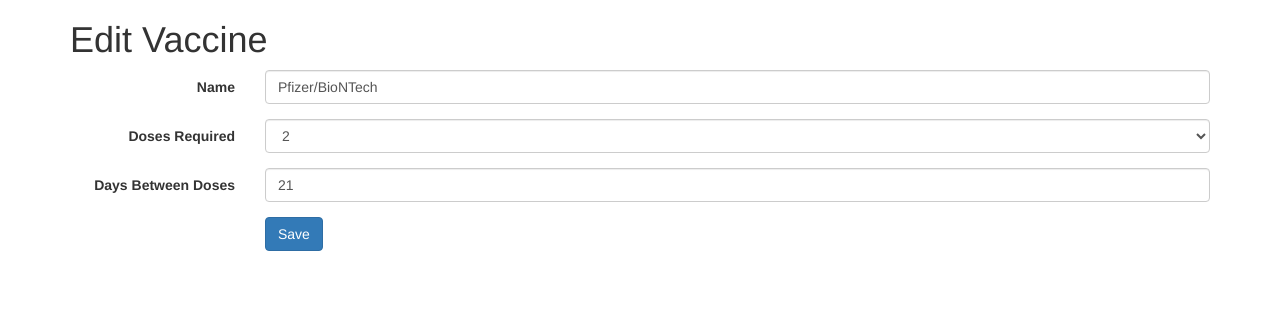
Repository: Thangtran1100/School-Stuff
Page: http://localhost/lab9/EditVaccine?id=1
An editor plug-in stored every save of this project. The page is shown before and after the next save, followed by the edit.
The browser window is 1280 px wide. The pictures show the whole page.
Some web libraries are served in a nearby version. The page is served by Tomcat 9. Other server files are loaded and not shown.

Above is the page before, as saved 2023-03-27 21:46:54.

### Spring 2023/CS3220/Assignments/3220-Lab9-App/lab9/src/main/webapp/EditVaccine.jsp
<%@ page language="java" contentType="text/html; charset=UTF-8"
    pageEncoding="UTF-8"%>
<%@ taglib prefix="c" uri="http://java.sun.com/jsp/jstl/core"%>
<!DOCTYPE html>
<html lang="en">
<head>
    <meta charset="UTF-8">
    <title>Edit Vaccine</title>
    <link rel="stylesheet" href="https://maxcdn.bootstrapcdn.com/bootstrap/3.3.7/css/bootstrap.min.css">
</head>
<body>
    <div class="container">
        <h1>Edit Vaccine</h1>
        <form action="EditVaccine" method="post" class="form-horizontal">
            <input type="hidden" name="id" value="${vaccineEntry.id}">

            <div class="form-group">
                <label for="name" class="col-sm-2 text-md-start control-label">Name</label>
                <div class="col-sm-10">
                    <input type="text" name="name" class="form-control" value="${vaccineEntry.vaccine}">
                </div>
            </div>

            <div class="form-group">
                <label for="dose" class="col-sm-2 control-label">Doses Required</label>
                <div class="col-sm-10">
                    <select name="dose" class="form-control">
                        <c:forEach begin="1" end="2" var="index">
                            <c:choose>
                                <c:when test="${index == vaccineEntry.doseRequired}">
                                    <option value="${index}" selected>${index}</option>
                                </c:when>
                                <c:otherwise>
                                    <option value="${index}">${index}</option>
                                </c:otherwise>
                            </c:choose>
                        </c:forEach>
                    </select>
                </div>
            </div>
            <div class="form-group">
                <label for="days" class="col-sm-2 control-label">Days Between Doses</label>
                <div class="col-sm-10">
                    <input type="text" name="days" class="form-control" value="${vaccineEntry.daysBetweenDose}">
                </div>
            </div>
            <div class="form-group">
                <div class="col-sm-offset-2 col-sm-10">
                    <button type="submit" class="btn btn-primary">Save</button>
                </div>
            </div>
        </form>
    </div>
    <!-- Bootstrap JS -->
    <script src="https://ajax.googleapis.com/ajax/libs/jquery/3.2.1/jquery.min.js"></script>
    <script src="https://maxcdn.bootstrapcdn.com/bootstrap/3.3.7/js/bootstrap.min.js"></script>
</body>
</html>

### Spring 2023/CS3220/Assignments/3220-Lab9-App/lab9/src/main/java/lab9/servlet/EditVaccine.java
package lab9.servlet;

import java.io.IOException;
import java.io.PrintWriter;
import java.util.List;

import javax.servlet.ServletException;
import javax.servlet.annotation.WebServlet;
import javax.servlet.http.HttpServlet;
import javax.servlet.http.HttpServletRequest;
import javax.servlet.http.HttpServletResponse;

import model.VaccineEntry;
import utilities.ServletUtilities;

/**
 * Servlet implementation class EditVaccine
 */
@WebServlet("/EditVaccine")
public class EditVaccine extends HttpServlet {
	private static final long serialVersionUID = 1L;

    /**
     * @see HttpServlet#HttpServlet()
     */
    public EditVaccine() {
        super();
        // TODO Auto-generated constructor stub
    }

	/**
	 * @see HttpServlet#doGet(HttpServletRequest request, HttpServletResponse response)
	 */
	protected void doGet(HttpServletRequest request, HttpServletResponse response) throws ServletException, IOException {
		// TODO Auto-generated method stub

		List<VaccineEntry> entries = ServletUtilities.getVaccineEntresFromServletContext(getServletContext());

		int vaccineId = Integer.parseInt(request.getParameter("id"));

		VaccineEntry vaccineEntry = null;

		for(VaccineEntry entry : entries)
		{
			if(entry.getId() == vaccineId)
			{
				vaccineEntry = entry;
				break;
			}
		}

		request.setAttribute("vaccineEntry", vaccineEntry);
		request.getRequestDispatcher("EditVaccine.jsp").forward(request, response);

	}

	/**
	 * @see HttpServlet#doPost(HttpServletRequest request, HttpServletResponse response)
	 */
	protected void doPost(HttpServletRequest request, HttpServletResponse response) throws ServletException, IOException {
		// TODO Auto-generated method stub


		String vaccine = request.getParameter( "name" );
        String doses = request.getParameter( "dose" );
        String days = request.getParameter( "days" );

        List<VaccineEntry> entries = ServletUtilities.getVaccineEntresFromServletContext(getServletContext());


        for( VaccineEntry entry : entries )
        {
        	if(vaccine.equals(entry.getVaccine()))
        	{
        		entry.setDoseRequired(doses);
        		entry.setDaysBetweenDose(days);
        	}
        }


        response.sendRedirect( "ListVaccine" );

	}

}

### Spring 2023/CS3220/Assignments/3220-Lab9-App/lab9/src/main/java/utilities/ServletUtilities.java
package utilities;

import java.util.ArrayList;
import java.util.List;

import javax.servlet.ServletContext;

import model.VaccineEntry;

public class ServletUtilities {

	public static final String VaccineEntresKey = "entries";
	public static final String DOCTYPE =
			"<!DOCTYPE HTML>";

	public static String headWithTitle(String title) {
		return(
				DOCTYPE + "\n" +
						"<HTML>\n" +
						"<HEAD><TITLE>" + title + "</TITLE></HEAD>\n");
	}

	public static String titleWithBody(String title, String body) {
		return (headWithTitle(title) + "<BODY>" + body + "</BODY>\n" + "</HTML>\n");
	}

	public static int getInt(String str){
		try {
			int val = str == null || str.trim().length() == 0 ? 0
		            : Integer.parseInt( str );
			return val;
		}catch(Exception ex) { }
		return 0;
   }

	public static VaccineEntry getEntry(List<VaccineEntry> entries, int id){
		VaccineEntry entry = null;
		for( var e : entries )
            if( e.getId() == id )
            {
                entry = e;
                break;
            }
		return entry;
   }

	public static List<VaccineEntry> getVaccineEntresFromServletContext(ServletContext context){
		var obj = context.getAttribute( VaccineEntresKey );
		if (obj == null) return new ArrayList<VaccineEntry>();
		try {
			return (List<VaccineEntry>) obj;
		}catch(Exception ex) { return new ArrayList<VaccineEntry>(); }
   }

}

After the next save:
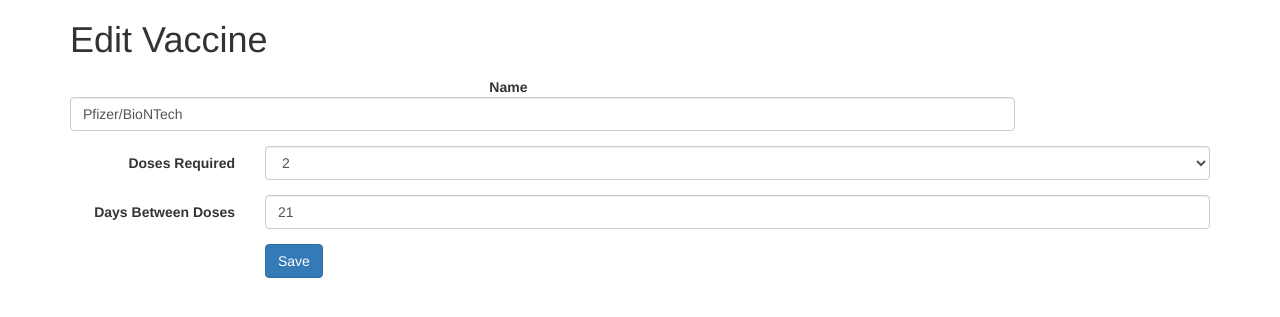
Saved 37 s later.
--- a/Spring 2023/CS3220/Assignments/3220-Lab9-App/lab9/src/main/webapp/EditVaccine.jsp
+++ b/Spring 2023/CS3220/Assignments/3220-Lab9-App/lab9/src/main/webapp/EditVaccine.jsp
@@ -15,7 +15,7 @@
             <input type="hidden" name="id" value="${vaccineEntry.id}">
 
             <div class="form-group">
-                <label for="name" class="col-sm-2 text-md-start control-label">Name</label>
+                <label for="name" class="col-md-5 text-md-start control-label">Name</label>
                 <div class="col-sm-10">
                     <input type="text" name="name" class="form-control" value="${vaccineEntry.vaccine}">
                 </div>

After the save that followed:
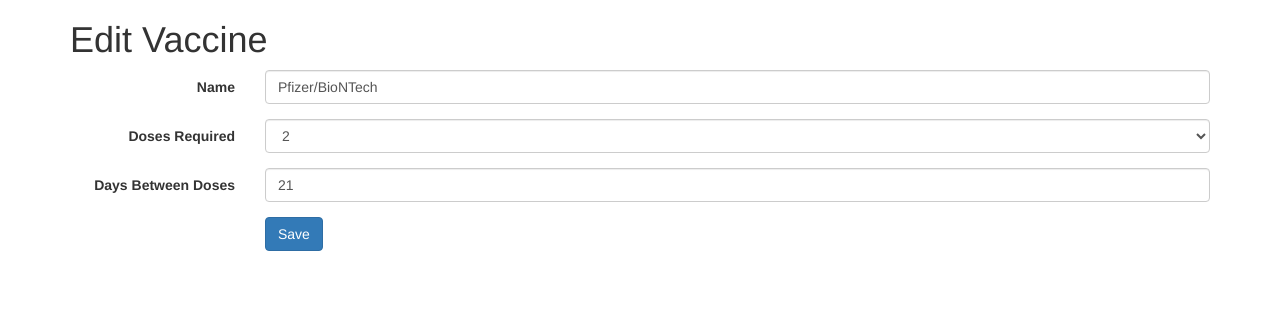
Saved 19 s later.
--- a/Spring 2023/CS3220/Assignments/3220-Lab9-App/lab9/src/main/webapp/EditVaccine.jsp
+++ b/Spring 2023/CS3220/Assignments/3220-Lab9-App/lab9/src/main/webapp/EditVaccine.jsp
@@ -15,7 +15,7 @@
             <input type="hidden" name="id" value="${vaccineEntry.id}">
 
             <div class="form-group">
-                <label for="name" class="col-md-5 text-md-start control-label">Name</label>
+                <label for="name" class="col-lg-2 text-md-start control-label">Name</label>
                 <div class="col-sm-10">
                     <input type="text" name="name" class="form-control" value="${vaccineEntry.vaccine}">
                 </div>
